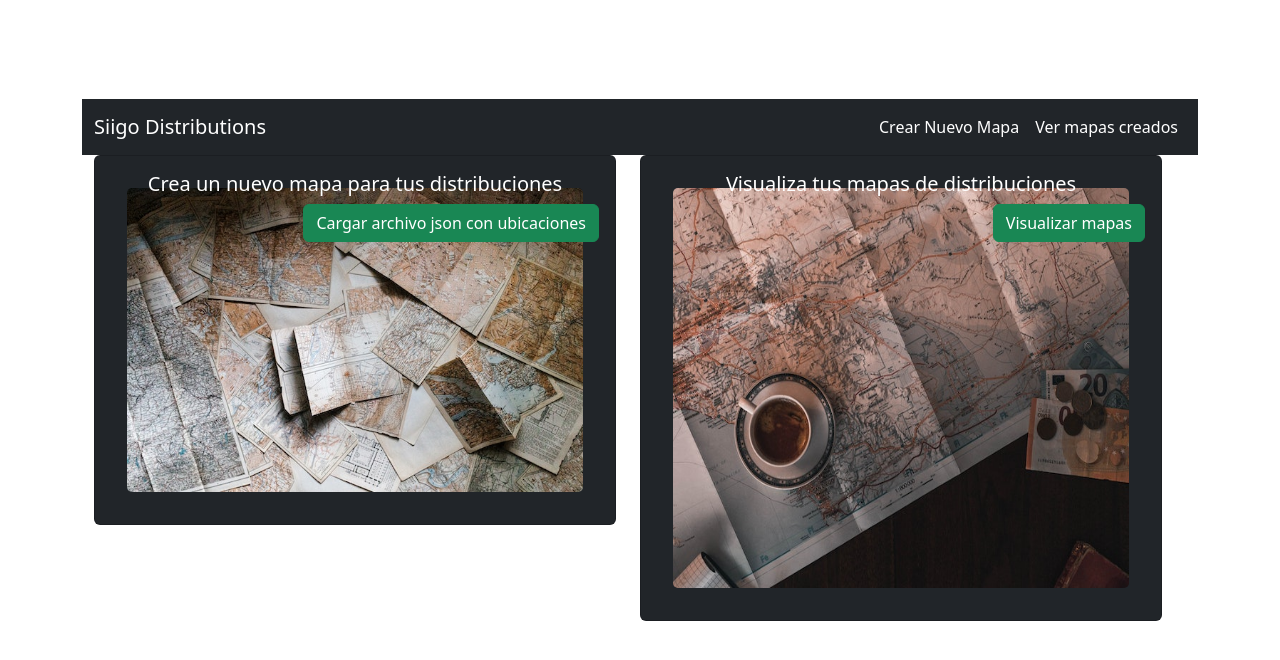
Repository: DevArthuro/Siigo-Distributions
Page: / (app in frontend/)
An editor plug-in stored every save of this project. The page is shown before and after the next save, followed by the edit.
The browser window is 1280 px wide. The pictures show the whole page.
The project was rebuilt for these pictures with package versions that can differ from the ones it lists, and the page was loaded fresh each time. Also part of the build but not shown: frontend/vite.config.js, frontend/src/stores/useGraphSpeccifictMap.js, frontend/src/components/TableToManageMap.vue, frontend/src/views/WhatchSpecifictMap.vue.

Above is the page before, as saved 2023-09-27 08:36:48.

After the next save:
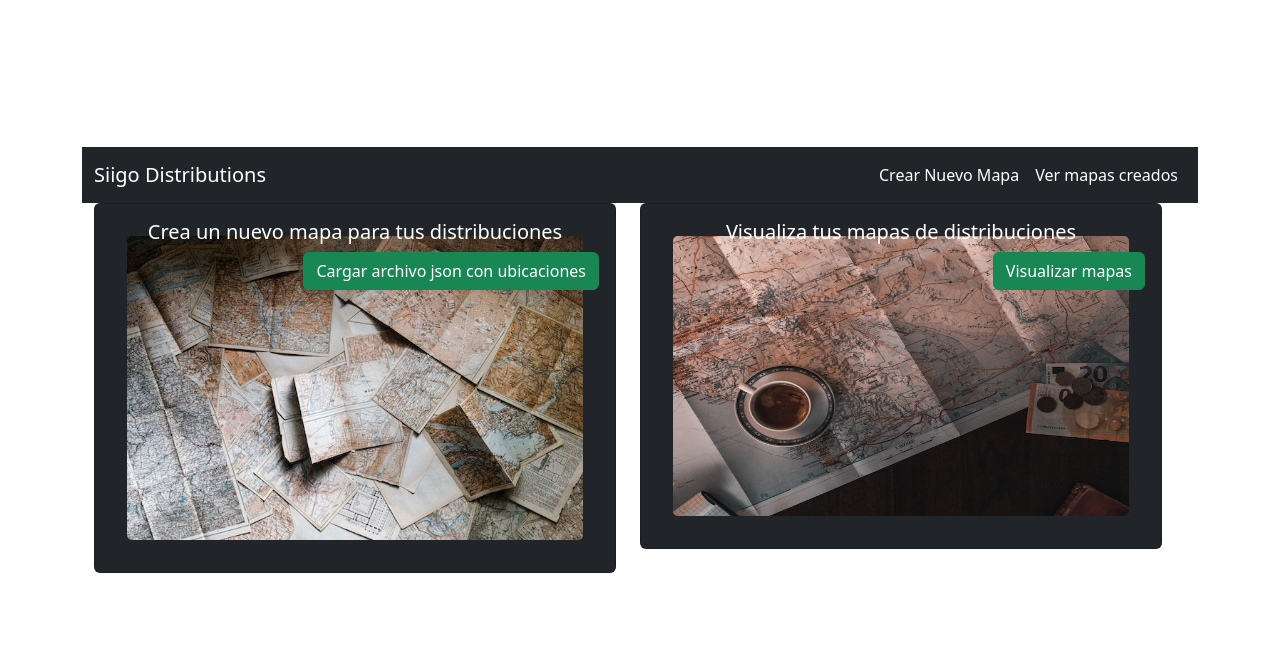
Saved 5 s later.
--- a/frontend/src/components/CardToShowMaps.vue
+++ b/frontend/src/components/CardToShowMaps.vue
@@ -1,7 +1,7 @@
 <template>
     <div class="col-6">
         <div class="card bg-dark text-white">
-            <img src="watch_to_map.jpg" class="card-img" alt="watch_to_map" height="400"/>
+            <img src="watch_to_map.jpg" class="card-img" alt="watch_to_map" height="280"/>
             <div class="card-img-overlay">
               <h5 class="card-title">Visualiza tus mapas de distribuciones</h5>
               <div class="text-end">
